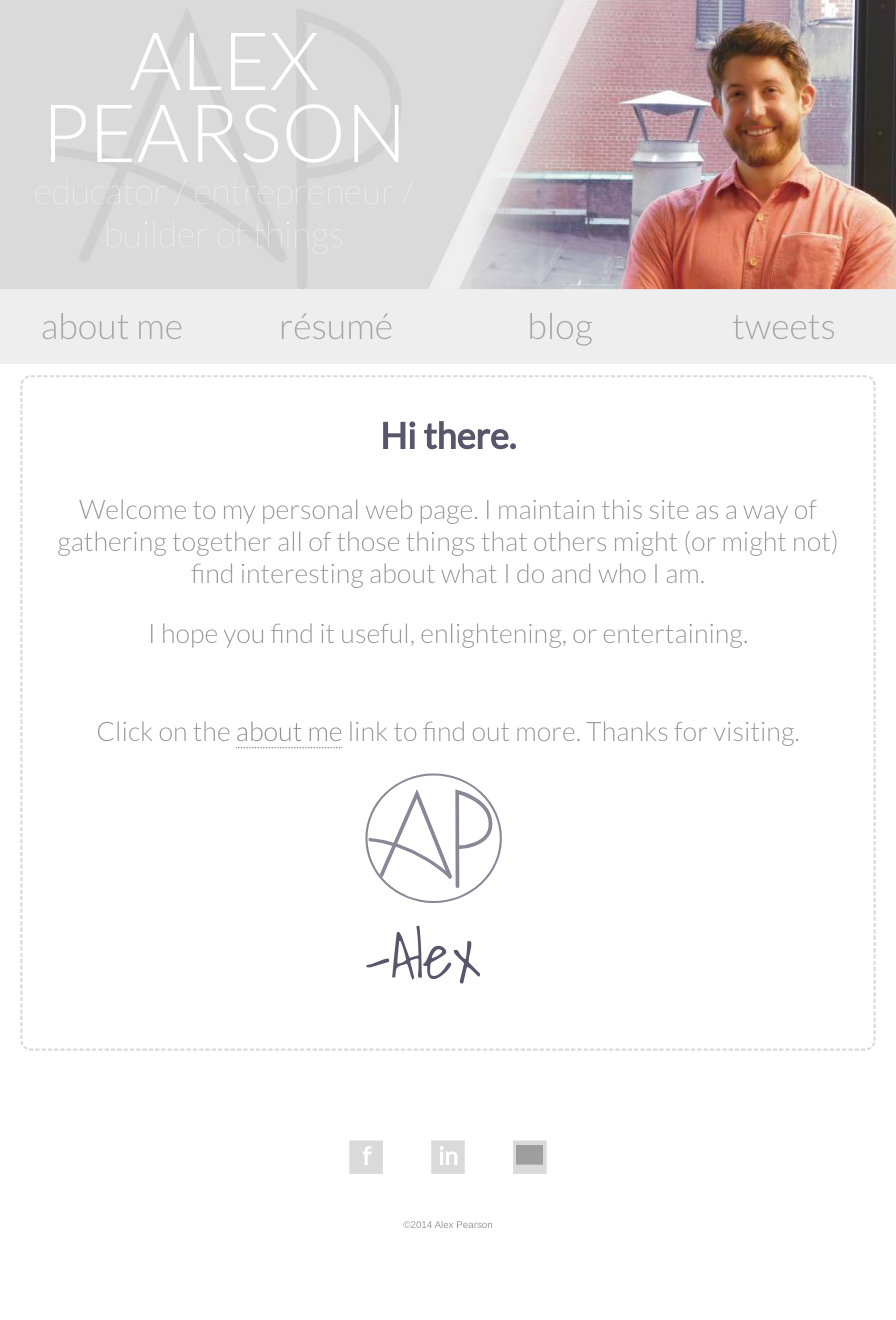
Repository: NAlexPear/personal-page
Page: about/index.html
The author's editor kept a record of every edit. The page is drawn from the files as they stood at one moment, then again after the next edit.
The browser window is 1280 px wide. The pictures show the whole page, at 70% of full size.
Pictures or frames that could not be fetched are drawn as grey boxes.

Above is the page before.

### about/index.html
<!DOCTYPE html>
<html lang="en-us">

<head>
<meta charset="utf-8">
<!-- Set the viewport width to device width for mobile -->
<meta name="viewport" content="width=device-width, initial-scale=1, maximum-scale=1, user-scalable=0">
<link rel="shortcut icon" href="../theme/images/favicon.ico" type="image/x-icon">
<link rel="icon" href="../theme/images/favicon.ico" type="image/x-icon">
<title>Alex Pearson</title>
<!-- Included CSS Files -->
<link rel="stylesheet" href="../theme/css/maintemplate2.css">
<!-- IE Fix for HTML5 Tags -->
<!--[if lt IE 9]>
		<script src="http://html5shiv.googlecode.com/svn/trunk/html5.js"></script>
	<![endif]-->

<link rel="canonical" href="http://alexpear.com">
<link rel="shortlink" href="http://alexpear.com">

<link href='https://fonts.googleapis.com/css?family=Lato:100,300,400' rel='stylesheet' type='text/css'>
<link href='https://fonts.googleapis.com/css?family=Shadows+Into+Light' rel='stylesheet' type='text/css'>
<!--Scripts below-->
<script type="text/javascript" src="../theme/js/analytics.js"></script>

</head>

<body>
    <div style="background-color: #EEEEEE;">
    <div class="topstuff">
        <img src="../theme/images/alexsmilin3.jpg" width="100%" height="auto"></img>
        <div class="splash">
            <div id="splashname">
                ALEX PEARSON
            </div>
            <div id="splashtag">
                educator / entrepreneur / builder of things
            </div>
        </div>
    </div>
        <ul id="navbubbles">
            <li id="about">
                <div class="navreact">
                    <a href="http://www.alexpear.com/about" title="About Alex" alt="About Alex">
                        <div>about me</div>
                    </a>
                </div>
            </li>
            <li id="resume">
                <div class="navreact">
                    <a href="http://alexpear.com/resume" title="Alex's Resume" alt="Alex's Resume">
                        <div>résumé</div>
                    </a>
                </div>
            </li>
            <li id="blog">
                <div class="navreact">
                    <a href="http://alexpear.com/blog" title="Alex's Blog" alt="Alex's Blog">
                        <div>blog</div>
                    </a>
                </div>
            </li>
            <li id="blog">
                <div class="navreact">
                    <a href="http://alexpear.com/tweets" title="Alex's Twitter Feed" alt="Alex's Tweets">
                        <div>tweets</div>
                    </a>
                </div>
            </li>
        </ul>
    </div>
    <div id="content-wrapper">
        <div id="content">
            <p style="font-weight:bold; text-align: center; font-size:4vw; color:#59556A;">Hi there.</p>
            <p style="text-align:center;">Welcome to my personal web page. I maintain this site as a way of gathering together all of those things that others might (or might not) find interesting about what I do and who I am.
            <br>
            <p style="text-align:center;">I hope you find it useful, enlightening, or entertaining.</p>
            <br>
            <p style="text-align:center;">Click on the <a href="http://alexpear.com/about">about me</a> link to find out more. Thanks for visiting.</p>
            <div class="signature">
                <img src="../theme/images/APlogo3.svg">
                <h1>-Alex</h1>
            </div>


        </div>
    </div>
</body>
<footer>
    <div class="socialmedia">
        <ul id="socialmediabuttons">
            <li id="fb"><a href="https://www.facebook.com/alex.pearson.568" title="facebook">f</a></li>
            <li id="in"><a href="https://www.linkedin.com/pub/alex-pearson/a4/492/a16" title="linkedin">in</a></li>
            <li id="twit"><a href="https://twitter.com/NAlexPearson" title="twitter"><img src="http://i.imgur.com/KlB8yzw.png" width="80%"></a></li>

        </ul>
    </div>
    <div class="copyright">©2014 Alex Pearson</div>
</footer>
<!--<body>-->
<!--    <div>-->
<!--        <div>-->
<!--            <ul id="navbubbles">-->
<!--                <li class="aboutpagebuttons"><img src="http://i.imgur.com/VPk4w5T.jpg" width="100%"/></li>-->
<!--                <li class="aboutpagebuttons"><img src="http://i.imgur.com/7XGbVoA.jpg" width="100%"/></li>-->
<!--                <li class="aboutpagebuttons"><img src="http://i.imgur.com/54ftRHh.jpg" width="100%"/></li>-->
<!--            </ul>-->
<!--        </div>-->
<!--        <p class="main">Hi there. Thanks for looking at my page. I'm a recent transplant to St. Louis by way of Nashville. For the past three years, I've been running my own weightlifting, CrossFit, and general fitness business.</p>-->
<!--        <div>-->
<!--            <ul id="navbubbles">-->
<!--                <li class="aboutpagebuttons"><img src="http://i.imgur.com/GGhYqPX.jpg" height="100%"></img></li>-->
<!--                <li class="aboutpagebuttons"><img src="http://i.imgur.com/pjjaoxQ.jpg" width="100%"></img></li>-->
<!--                <li class="aboutpagebuttons"><img src="http://i.imgur.com/vcil9Jb.jpg" width="100%"></img></li>-->
<!--            </ul>-->
<!--        </div>-->
<!--        <p class="main">After building my business from scratch into a self-sustaining (and sell-able) community, it was time to move on to the next adventure. So here I am. You can still find me in the weight room and on the competition platform, but as an athlete instead of full-time coach.</p>-->
<!--        <div>-->
<!--            <ul id="navbubbles">-->
<!--                <li class="aboutpagebuttons"><img src="http://i.imgur.com/yh2LGXZ.jpg" height="100%"></li>-->
<!--                <li class="aboutpagebuttons"><img src="http://i.imgur.com/htYHARt.jpg" width="100%"></li>-->
<!--                <li class="aboutpagebuttons"><img src="http://i.imgur.com/kY4R3GA.jpg" height="100%"></li>-->
<!--            </ul>-->
<!--        </div>-->
<!--        <p class="main">For now, it's time for me to get connected to the St. Louis entrepreneurial scene and get started on the next business idea. If you'd like to work with me, check out my resume on the front page, or shoot me an email at alex@alexpear.com.</p>-->
<!--    </div>-->
<!--</body>-->

### theme/css/maintemplate2.css
html{
    -webkit-font-smoothing: antialised;
    margin:0;
}

body{
    background-color: rgb(255,255,255);
    margin:0;
}

p {
    font-family: georgia, "Times New Roman";
    font-size: 4vw;
    color: rgb(155,155,155);
}

a {
    text-decoration: none;
    color: rgba(100,100,100,0.7);
}

a:hover {
    color: rgba(100,100,100,1.0);
}

.topstuff{
    width: 100%;
}

.splash {
    width: 50%;
    position: absolute;
    margin-top: -30%;
}

#content-wrapper{
    width:95%;
    margin-left:auto;
    margin-right:auto;
    border: 0.3vw dashed #dadada;
    border-radius: 15px;
}

#content{
    padding-left:1.5vw;
    padding-right:1.5vw;
}

#content p{
    font-size:3vw;
    font-family:'Lato', 'Helvetica', 'sans-serif';
    font-weight:300;
}

#content ul{
    font-family: 'Lato', 'Helvetica', 'sans-serif';
    font-size: 0.8em;
    opacity: 0.3;
}

#content a{
    border-bottom:0.2vw dotted;
}

#content a:hover{
    border-bottom:0.2vw solid;
}

.signature{
    width:40%;
    height:auto;
    margin-left:auto;
    margin-right:auto;
}

.signature img{
    /*float:left;*/
    margin-left:25%;
    width:40%;
    height:14vw;
    margin-bottom:0;
    opacity: 0.7;
    border: 0.3vw solid #59556a;
    border-radius:50%;
}

.signature h1{
    font-family: 'Shadows Into Light', 'cursive';
    font-size: 7vw;
    font-weight:300;
    margin-left:25%;
    margin-top:0;
    padding-top:0;
    color:#59556a;
}

#splashname{
    position:relative;
    font-family: 'Lato', "sans-serif";
    text-align: center;
    font-weight: 300;
    font-size:9vw;
    line-height:90%;
    padding-bottom: 0vw;
    color: rgb(255,255,255);
}

#splashtag{
    position:relative;
    font-family:'Lato',"Sans-Serif";
    font-size:4vw;
    font-weight: 100;
    color: rgb(255,255,255);
    text-align: center;
}

#navbubbles{
    list-style-type:none;
    display:table;
    table-layout:fixed;
    width: 100%;
    padding-bottom: 2vw;
    padding-left: 0px;
}

#navbubbles li{
    display: table-cell;
    text-align: center;
    font-family: 'Lato', "Sans-Serif";
    font-size: 4vw;
    font-weight: 300;
    color:#ffffff;;
}

.navreact a{

   color:#A8A8A8;
  -o-transition:.5s color;
  -ms-transition:.5s color;
  -moz-transition:.5s color;
  -webkit-transition:.5s color;
   transition: .5s color;
}

.navreact a:hover{
    color: #51504f;
}




.socialmedia{
    margin-top: 10%;
}

footer ul { list-style: none; margin: 0 auto; overflow: hidden; padding: 0; width: 50%; min-width:200px; max-width:350px;
    margin-left: auto;
    margin-right: auto;
    display: table;
    table-layout:fixed;
}
footer ul li {display: table-cell; font-family: lato, "sans-serif"; font-size: 2.2em; font-weight: bold;}
footer ul li:last-child {margin-right: 0; }
footer ul li a { background: #DADADA; display:block; color: #fff; overflow: hidden; text-decoration: none; -webkit-transition: all .3s ease; width: 48px; height: 48px;margin-left:auto;margin-right:auto;}
footer ul li a:hover, footer ul li a:focus, footer ul li a:active { background: #51504f; color: #fff; }

#socialmediabuttons {
    text-align: center;
    /*direction:ltr;*/
}

#in{
    font-weight: bolder;
}

.copyright {
    margin-top:5%;
    margin-bottom:10%;
    text-align: center;
    font-family: helvetica, "Sans-Serif";
    font-size: 14px;
    opacity: 0.4;
}

### theme/js/analytics.js
(function(i,s,o,g,r,a,m){i['GoogleAnalyticsObject']=r;i[r]=i[r]||function(){(i[r].q=i[r].q||[]).push(arguments)},i[r].l=1*new Date();a=s.createElement(o),m=s.getElementsByTagName(o)[0];a.async=1;a.src=g;m.parentNode.insertBefore(a,m)})(window,document,'script','//www.google-analytics.com/analytics.js','ga');ga('create','UA-56023800-1','auto');ga('send','pageview');

After the next edit:
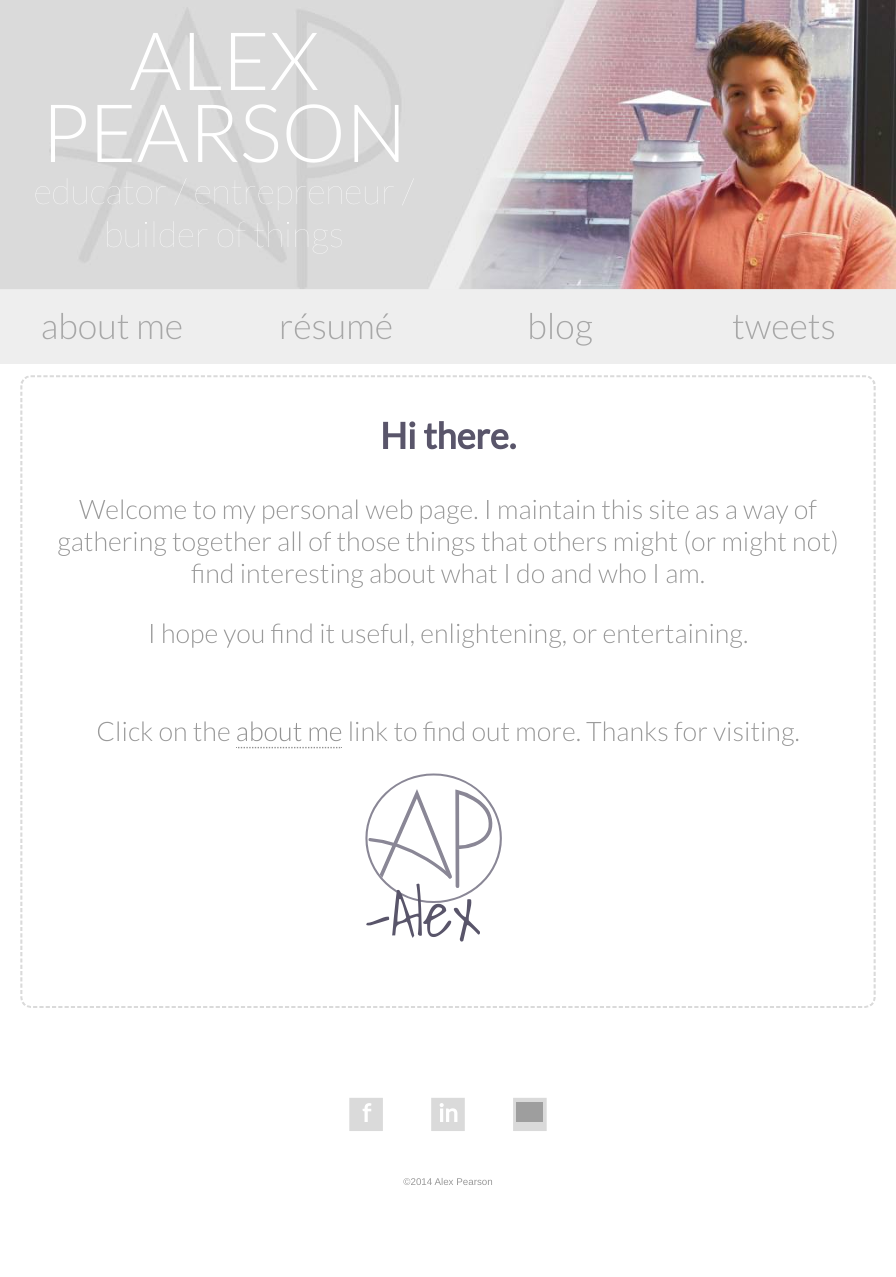
The edit:
--- a/theme/css/maintemplate2.css
+++ b/theme/css/maintemplate2.css
@@ -89,7 +89,7 @@
     font-size: 7vw;
     font-weight:300;
     margin-left:25%;
-    margin-top:0;
+    margin-top:-13%;
     padding-top:0;
     color:#59556a;
 }
